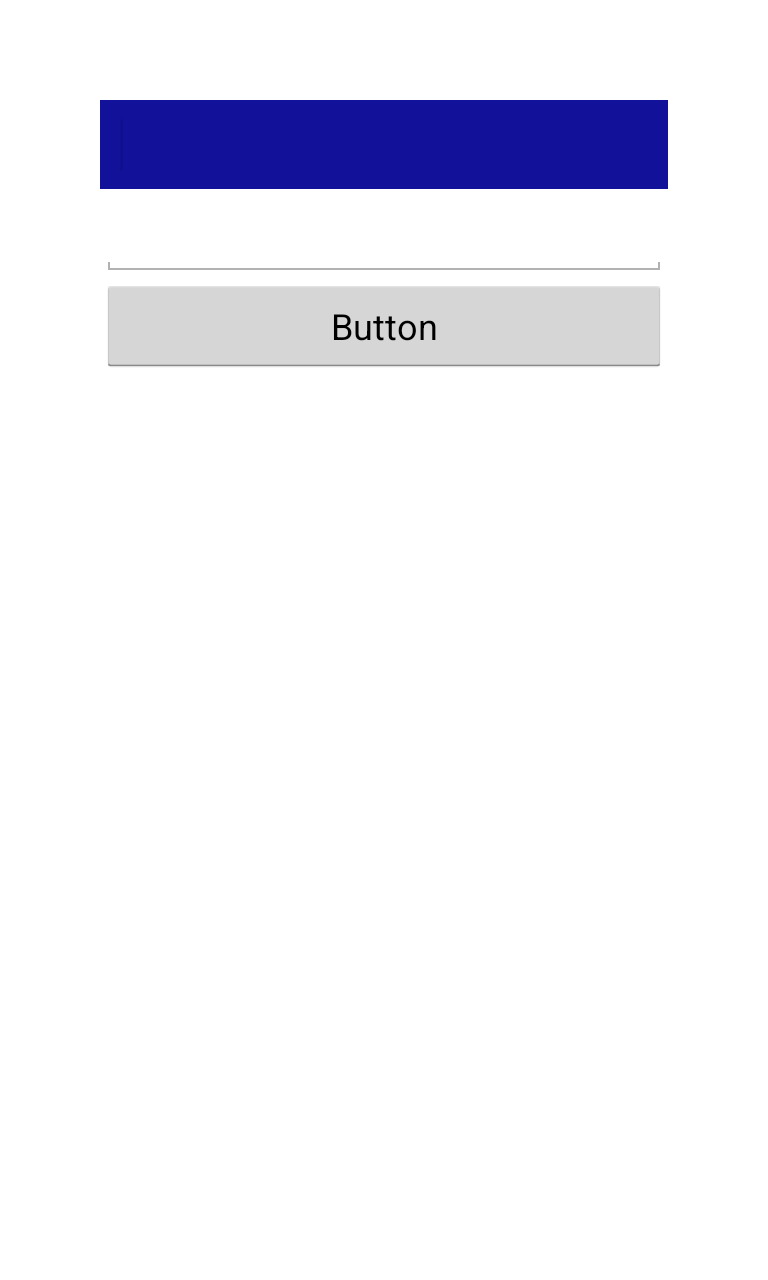
Repository: christianchi/di
Layout: 09 Drawable/UsoDrawNinePatch/res/layout/activity_main.xml
These files come from the project's save history. The layout is drawn as it stood at one moment and after the next save; the edit follows.
It is drawn on a 768 x 1280 px phone screen (xhdpi) without system bars, with theme AppTheme; the app's code is not run.

Above is the layout before, as saved 2014-01-16 08:44:36.

After the next save:
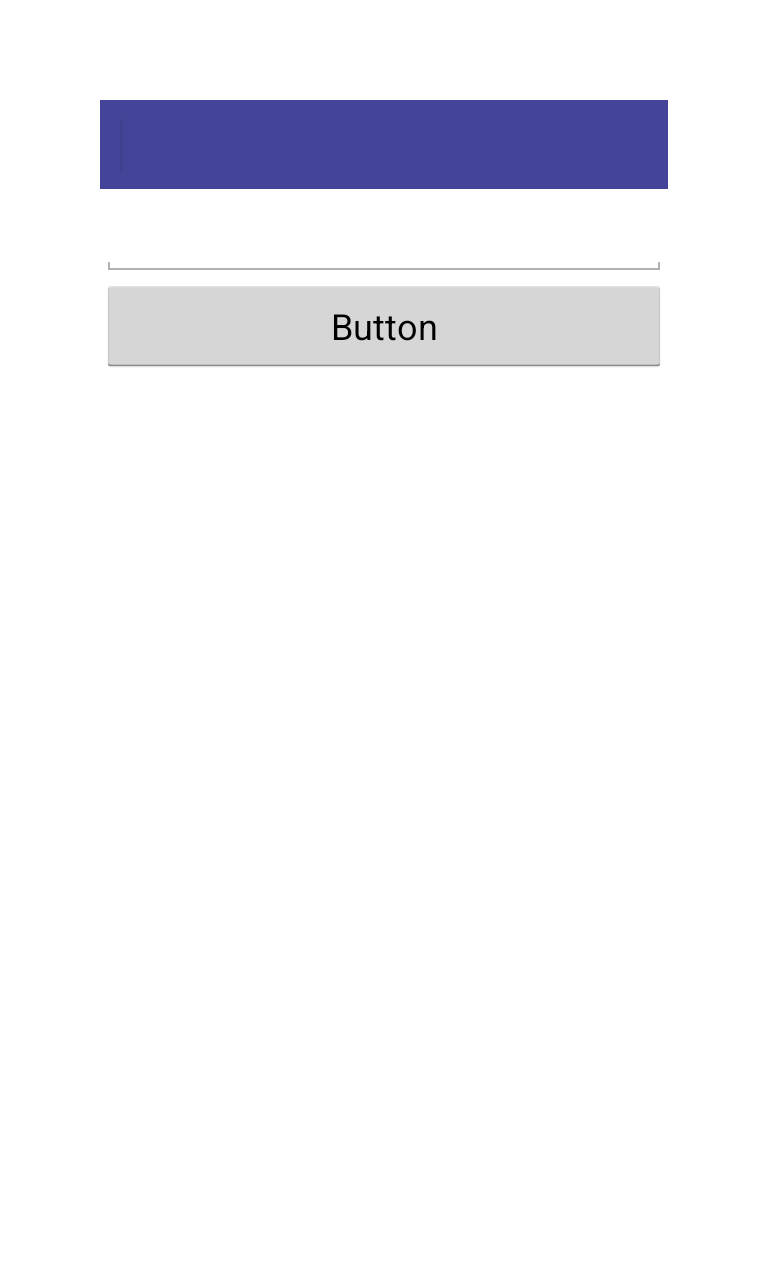
Saved 5 s later.
--- a/09 Drawable/UsoDrawNinePatch/res/layout/activity_main.xml
+++ b/09 Drawable/UsoDrawNinePatch/res/layout/activity_main.xml
@@ -9,7 +9,7 @@
         android:id="@+id/editText1"
         android:layout_width="match_parent"
         android:layout_height="wrap_content"
-        android:background="#119"
+        android:background="#449"
         android:ems="10"
         android:padding="10dp" >
 
